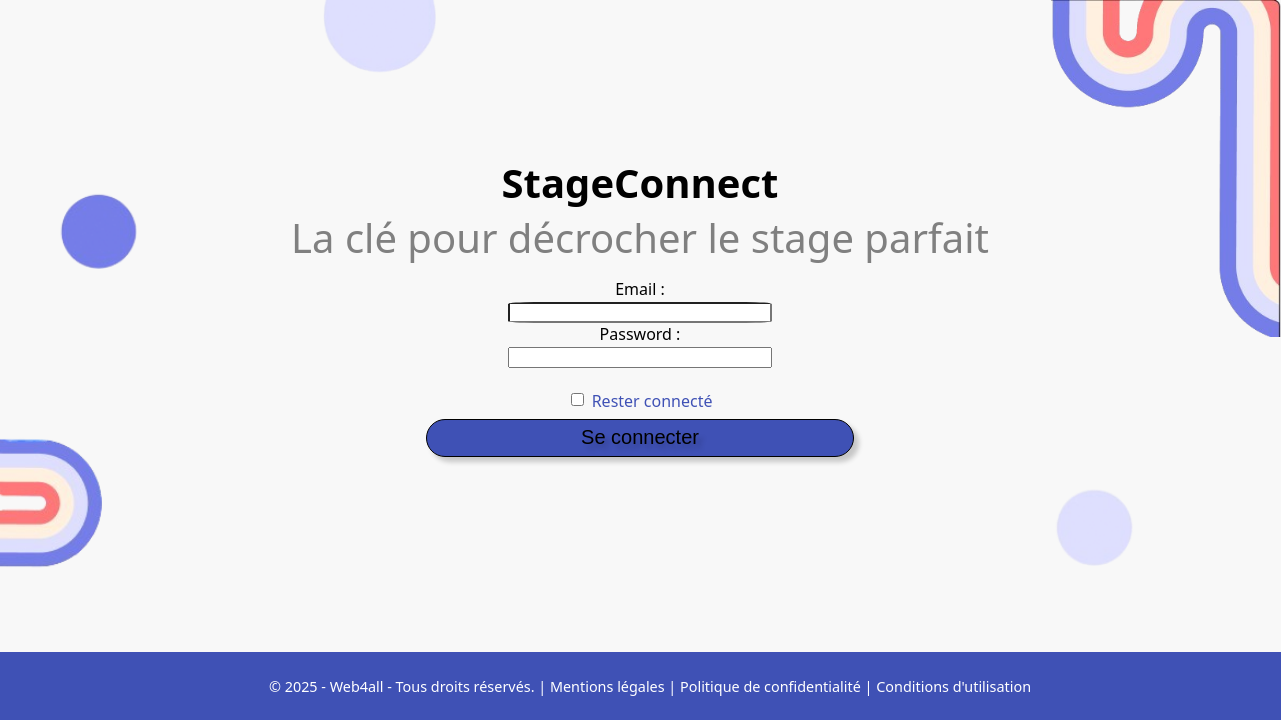
Repository: Guyllem/GroupeWeb
Page: pages/connexion.html
An editor plug-in stored every save of this project. The page is shown before and after a run of saves, followed by the edit.
The browser window is 1280 px wide. The page is 1281 px wide, so the pictures cover 1281 px, including what lies to the right of the window. The pictures show the whole page.

Above is the page before, as saved 2025-02-13 18:32:04.

### pages/connexion.html
<!DOCTYPE html>
<html lang="fr">
  <head>
    <meta charset="UTF-8" />
    <meta name="viewport" content="width=device-width, initial-scale=1.0" />
    <title>Page Connexion</title>
    <link rel="stylesheet" href="../styles.css" />
  </head>
  <body>
    <header>
      <img class="bulle1" src="../img/bulle1.png" alt="bulle1">
      <img class="arc-en-ciel" src="../img/arc en ciel.png" alt="arc en ciel">
      <h1 class="titre">StageConnect</h1>
      <img class="bulle2" src="../img/bulle2.png" alt="bulle2">
      <p class="slogan">La clé pour décrocher le stage parfait</p>
    </header>
    <main>
        <form>
            <div class="email-form">
                <label for="password">Email :</label><br/>
                <input type="password" id="password">
            </div>
            <div class="password-form">
                <label for="password">Password :</label><br/>
                <input type="password" id="password">
            </div>
            <div class="checkbox-group">
                <input type="checkbox" id="better-connect">
                <label class="stay-connect" for="stay-connect">Rester connecté</label>
            </div>
            <button type="submit" class="submit-btn">Se connecter</button>
        </form>
      <img src="../img/arc en ciel2.png" alt="arc-en-ciel2" class="arc-en-ciel2">
      <img src="../img/bulle3.png" alt="bulle3" class="bulle3">
    </main>
    <footer>
      <p>
        © 2025 - Web4all - Tous droits réservés. |
        <a href="#">Mentions légales</a> |
        <a href="#">Politique de confidentialité</a> |
        <a href="#">Conditions d'utilisation</a>
      </p>
    </footer>
  </body>
</html>

### styles.css
body {
    font-family: system-ui, -apple-system, BlinkMacSystemFont, 'Segoe UI', Roboto, Oxygen, Ubuntu, Cantarell, 'Open Sans', 'Helvetica Neue', sans-serif;
    text-align: center;
    background: #f8f8f8;
    margin: 0;
    padding: 0;
    position: relative;
    overflow: hidden;
}

.titre {
    font-size: 2.5em;
    margin-top: 5%;
    margin-bottom: 0;
}

.slogan {
    color: gray;
    font-size: 2.5em;
    margin-bottom: 1%;
    margin-top: 0;
}

.btn-connexion {
    display: inline-block;
    padding: 0.75rem 10.63rem;
    background-color: #dedeff;
    color: black;
    text-decoration: none;
    border-radius: 0.75rem;
    border: 0.063rem solid #000;
    box-shadow: 0.313rem 0.313rem 0.313rem rgba(0, 0, 0, 0.2);
    font-size: 1.25em;
    text-shadow: 0.313rem 0.313rem 0.313rem rgba(0, 0, 0, 0.2);
    transition: all 0.3s ease;
}

.btn-connexion:hover {
    background-color: #b3b3ff;
    transform: scale(1.05);
    box-shadow: 0.5rem 0.5rem 0.5rem rgba(0, 0, 0, 0.3);
}

footer {
    background-color: #3F51B5;
    color: white;
    font-size: 0.9em;
    padding: 0.625rem;
    position: fixed;
    bottom: 0;
    width: 100%;
}

footer a {
    color: white;
    text-decoration: none;
}

.arc-en-ciel{
    position: absolute;
    right: -0.1%;
    top: 0;
    width: 18%;
    height: auto;
    margin: 0;
    padding: 0;
}


.bulle1{
    position:relative;
    margin: 0;
    padding: 0;
    width: 11%;
    height: auto;
    right: 20%;
}

.bulle2{
    position:absolute;
    margin: 0;
    padding: 0;
    width: 8%;
    right: 88%;
    top: 40%;
}

.bulle3{
    position:absolute;
    margin: 0;
    padding: 0;
    width: 9%;
    right: 10%;
    top: 105%;
}

.arc-en-ciel2{
    position:absolute;
    margin: 0;
    padding: 0;
    width: 9%;
    left: 0;
    top: 95%;
}

.submit-btn{
    display: inline-block;
    padding: 0.40rem 9.63rem;
    background-color: #3F51B5;
    color: black;
    text-decoration: none;
    border-radius: 1.5rem;
    border: 0.063rem solid #000;
    box-shadow: 0.313rem 0.313rem 0.313rem rgba(0, 0, 0, 0.2);
    font-size: 1.25em;
    text-shadow: 0.313rem 0.313rem 0.313rem rgba(0, 0, 0, 0.2);
    transition: all 0.3s ease;
}

.stay-connect{
    color:#3F51B5;
}

#better-connect{
    accent-color: #3F51B5;
    margin-top: 2%;
    margin-bottom: 1%;
}

.email-form input{
    border-radius: 10%;
    width: 20%;
    height: auto;
}

.password-form input{
    width: 20%;
    height: auto;
}

After the next 2 saves:
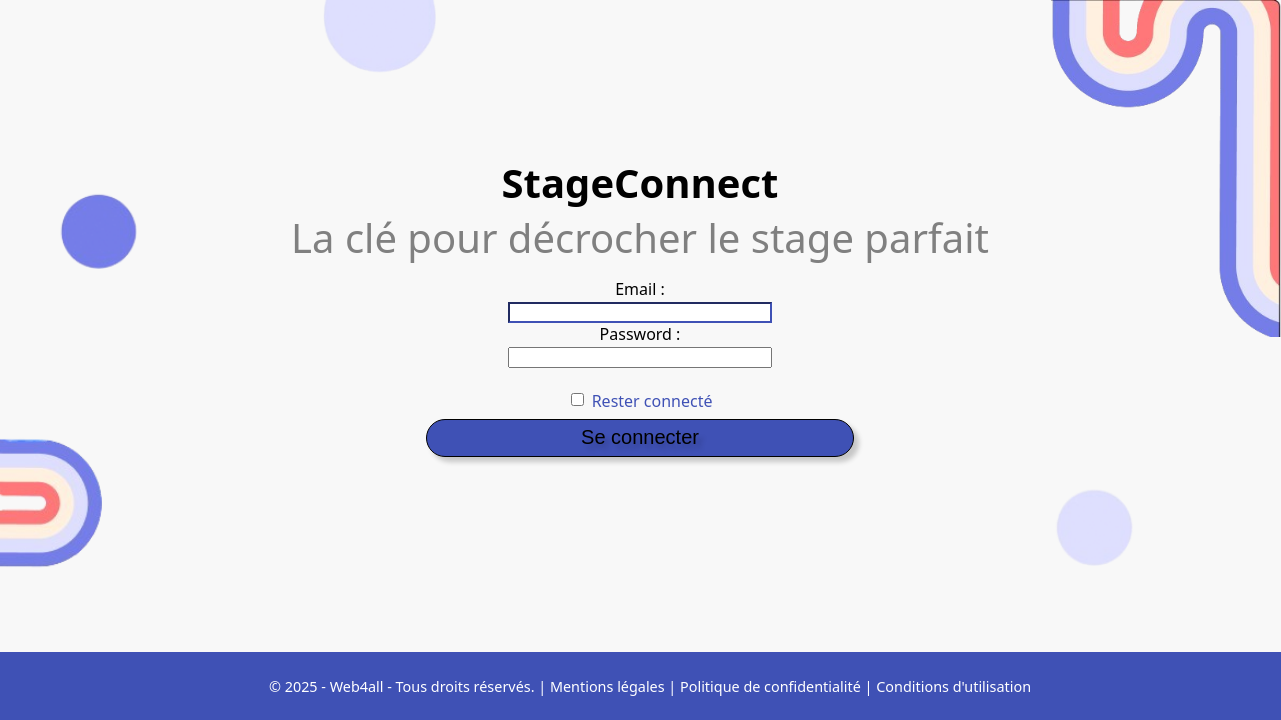
The 2 saves are shown as one change because they came seconds apart.
The last was saved 10 s later.
--- a/styles.css
+++ b/styles.css
@@ -128,7 +128,7 @@ footer a {
 }
 
 .email-form input{
-    border-radius: 10%;
+    border-color: #3F51B5;
     width: 20%;
     height: auto;
 }
